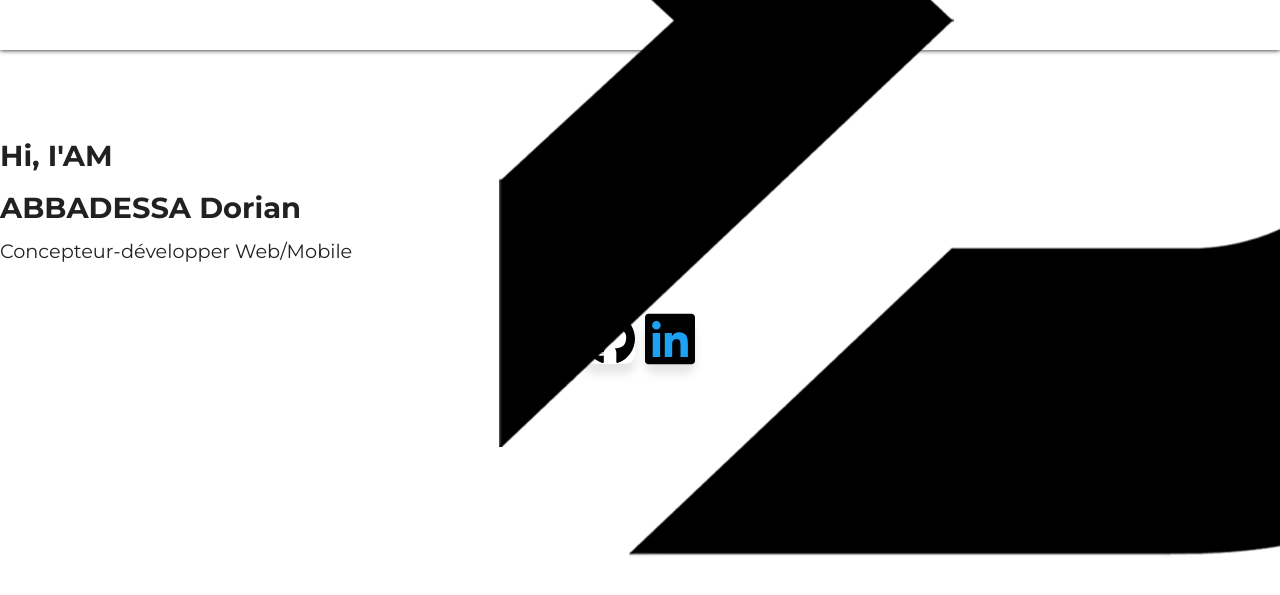
Repository: DorianABDS/Portfolio-ABBADESSA-Dorian
Page: index.html
These files come from the project's save history. The page is drawn as it stood at one moment and after the next save; the edit follows.
The browser window is 1280 px wide. The pictures show the window.
The pointer rests on the first visible `.wrapper .twitter`.
A layer covers the whole window, so only the first screen is drawn.

Above is the page before, as saved 2024-11-27 22:47:05.

After the next save:
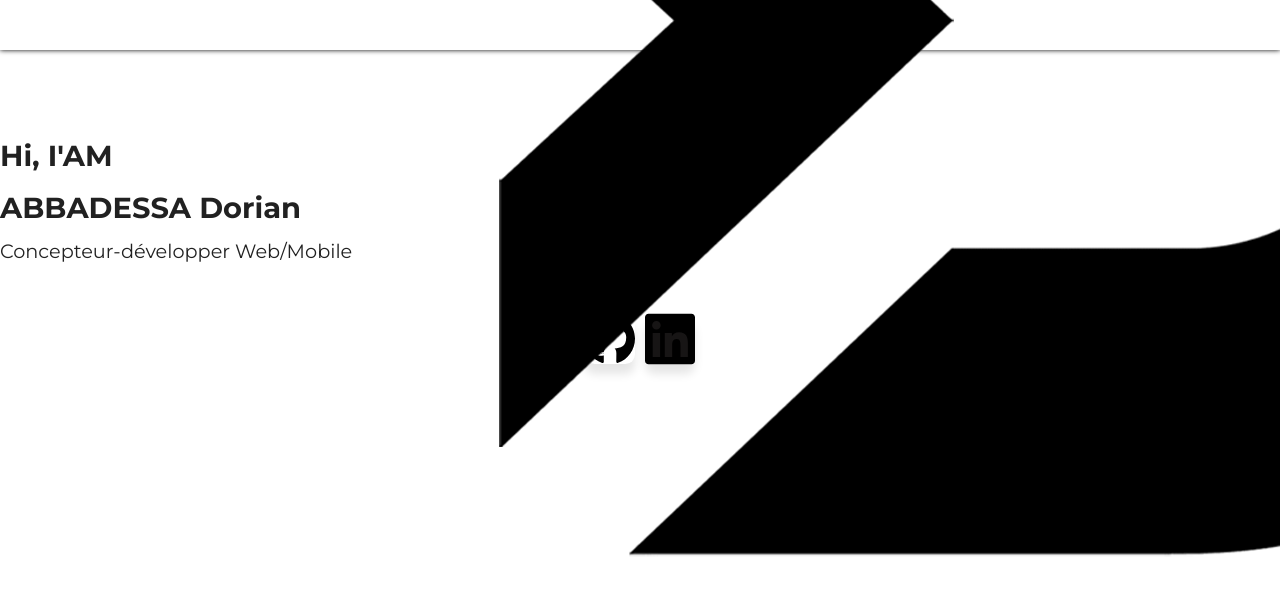
Saved 2 min 43 s later.
--- a/style.css
+++ b/style.css
@@ -188,7 +188,7 @@ html, body {
   .wrapper .twitter:hover,
   .wrapper .twitter:hover .tooltip,
   .wrapper .twitter:hover .tooltip::before {
-    background: #1da1f2;
+    background: #171515;
     color: #fff;
   }
 
